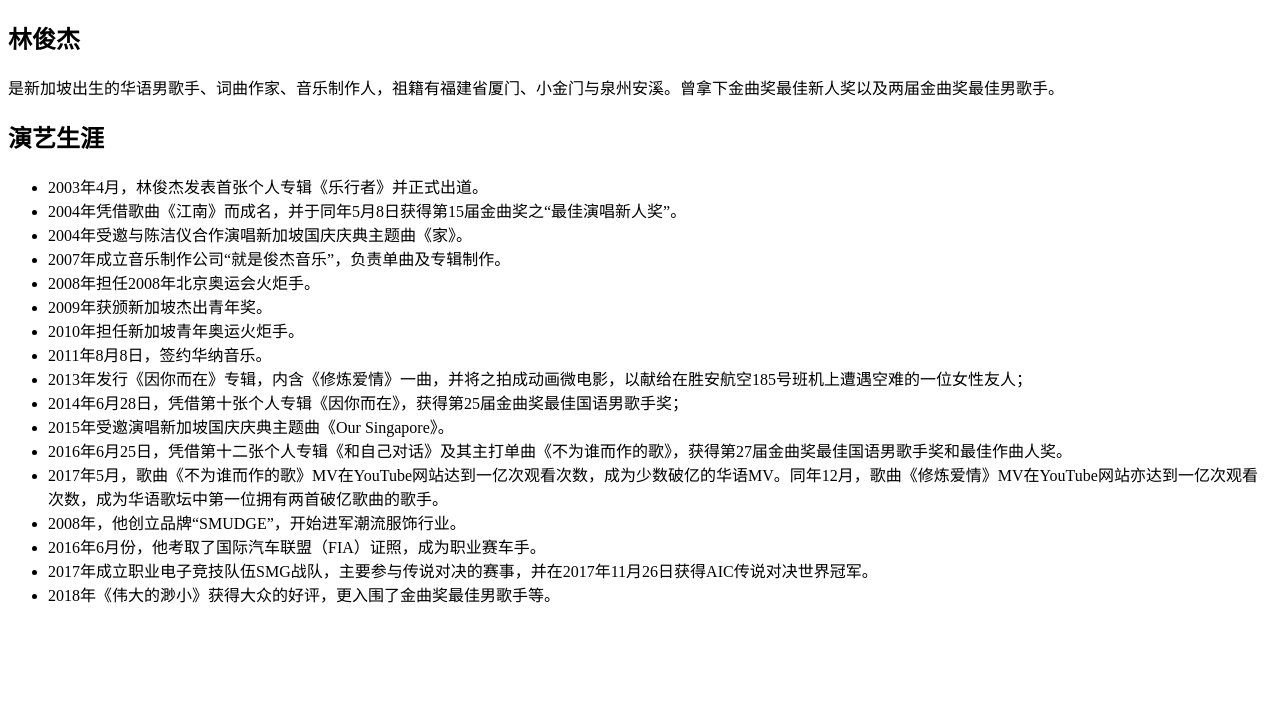
Repository: chenguocan/html_work
Page: html_work.html
An editor plug-in stored every save of this project. The page is shown before and after the next save, followed by the edit.
The browser window is 1280 px wide. The pictures show the whole page.

Above is the page before, as saved 2020-06-26 09:57:16.

After the next save:
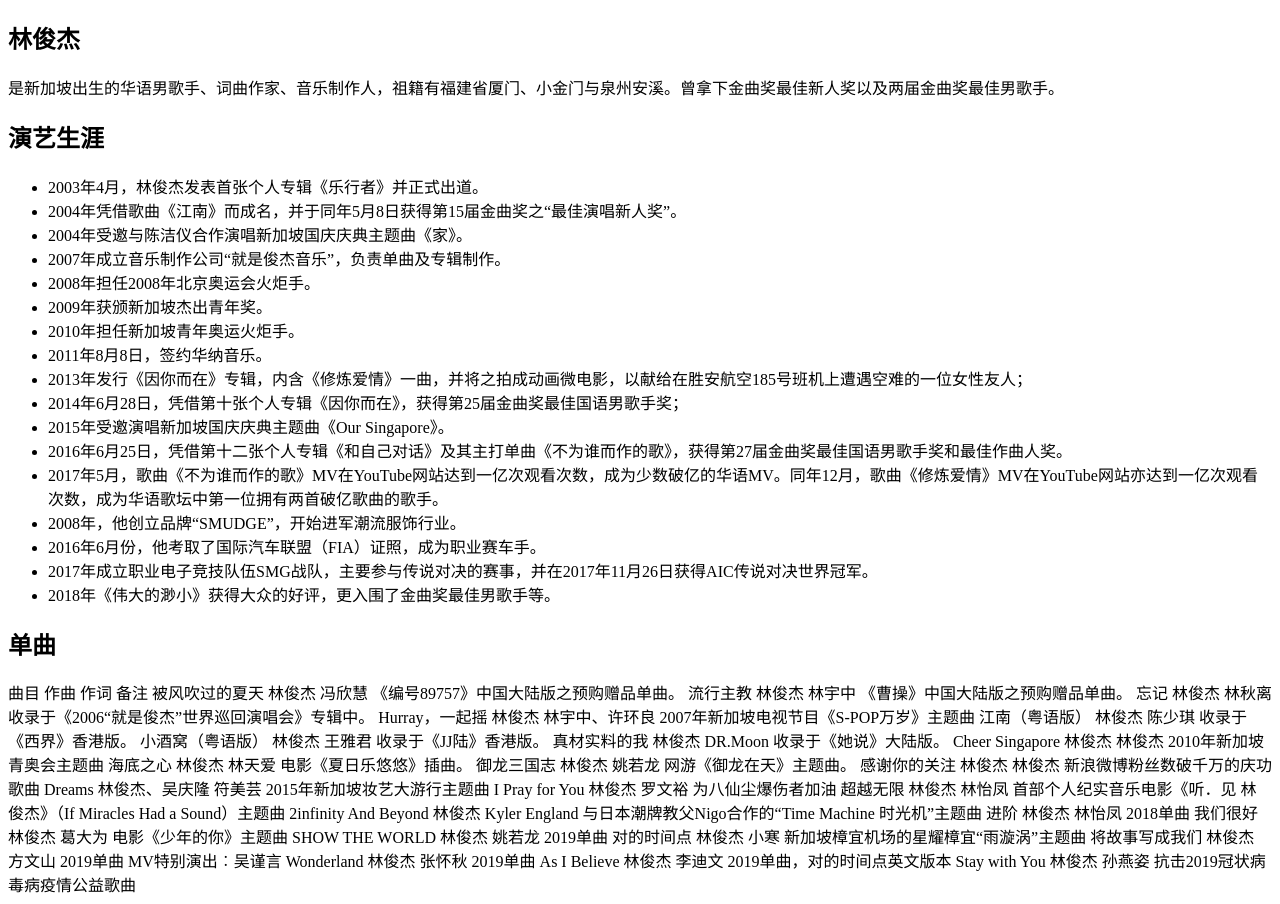
Saved 3 min 12 s later.
--- a/html_work.html
+++ b/html_work.html
@@ -48,6 +48,30 @@
           2018年《伟大的渺小》获得大众的好评，更入围了金曲奖最佳男歌手等。
         </li>
       </ul>
+      <h2>单曲</h2>
+      <table>
+        曲目 作曲 作词 备注 被风吹过的夏天 林俊杰 冯欣慧
+        《编号89757》中国大陆版之预购赠品单曲。 流行主教 林俊杰 林宇中
+        《曹操》中国大陆版之预购赠品单曲。 忘记 林俊杰 林秋离
+        收录于《2006“就是俊杰”世界巡回演唱会》专辑中。 Hurray，一起摇 林俊杰
+        林宇中、许环良 2007年新加坡电视节目《S-POP万岁》主题曲 江南（粤语版）
+        林俊杰 陈少琪 收录于《西界》香港版。 小酒窝（粤语版） 林俊杰 王雅君
+        收录于《JJ陆》香港版。 真材实料的我 林俊杰 DR.Moon
+        收录于《她说》大陆版。 Cheer Singapore 林俊杰 林俊杰
+        2010年新加坡青奥会主题曲 海底之心 林俊杰 林天爱 电影《夏日乐悠悠》插曲。
+        御龙三国志 林俊杰 姚若龙 网游《御龙在天》主题曲。 感谢你的关注 林俊杰
+        林俊杰 新浪微博粉丝数破千万的庆功歌曲 Dreams 林俊杰、吴庆隆 符美芸
+        2015年新加坡妆艺大游行主题曲 I Pray for You 林俊杰 罗文裕
+        为八仙尘爆伤者加油 超越无限 林俊杰 林怡凤 首部个人纪实音乐电影《听．见
+        林俊杰》（If Miracles Had a Sound）主题曲 2infinity And Beyond 林俊杰
+        Kyler England 与日本潮牌教父Nigo合作的“Time Machine 时光机”主题曲 进阶
+        林俊杰 林怡凤 2018单曲 我们很好 林俊杰 葛大为 电影《少年的你》主题曲
+        SHOW THE WORLD 林俊杰 姚若龙 2019单曲 对的时间点 林俊杰 小寒
+        新加坡樟宜机场的星耀樟宜“雨漩涡”主题曲 将故事写成我们 林俊杰 方文山
+        2019单曲 MV特别演出︰吴谨言 Wonderland 林俊杰 张怀秋 2019单曲 As I
+        Believe 林俊杰 李迪文 2019单曲，对的时间点英文版本 Stay with You 林俊杰
+        孙燕姿 抗击2019冠状病毒病疫情公益歌曲
+      </table>
     </section>
   </body>
 </html>
